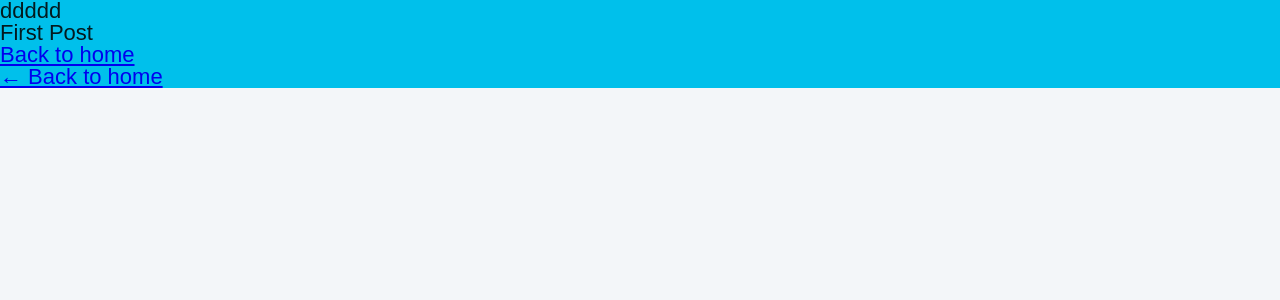
Repository: happy760690/nextjs-react
Page: /posts/first-post
These files come from the project's save history. The page is drawn as it stood at one moment and after the next save; the edit follows.
The browser window is 1280 px wide. The pictures show the whole page.
The project was rebuilt for these pictures with package versions that can differ from the ones it lists, and the page was loaded fresh each time. The framework's server and built-in components were replaced by stand-ins that run in the browser. Also part of the build but not shown: next.config.js.

Above is the page before, as saved 2021-07-09 16:39:06.

After the next save:
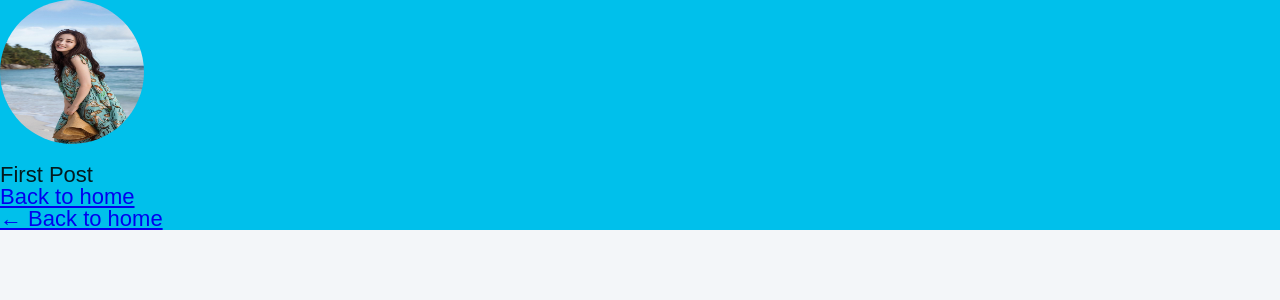
Saved 16 s later.
--- a/components/layout.tsx
+++ b/components/layout.tsx
@@ -8,7 +8,7 @@
 import Head from 'next/head'
 import styles from './layout.module.scss'
 import Link from 'next/link'
-import headerTemplate from './headerTemplate'
+import HeaderTemplate from './headerTemplate'
 
 const name = 'Mingjuan Ma'
 export const siteTitle = 'Next.js Sample Website'
@@ -58,7 +58,7 @@ export default function Layout({ children, home }: {
         <script src="./js/flexible.js"></script>
       </Head>
       {/* 头部内容 */}
-      <headerTemplate>ddddd</headerTemplate>
+      <HeaderTemplate home>ddddd</HeaderTemplate>
       {/* 子内容 */}
       <main>{children}</main>
       {/* 底部内容 */}
